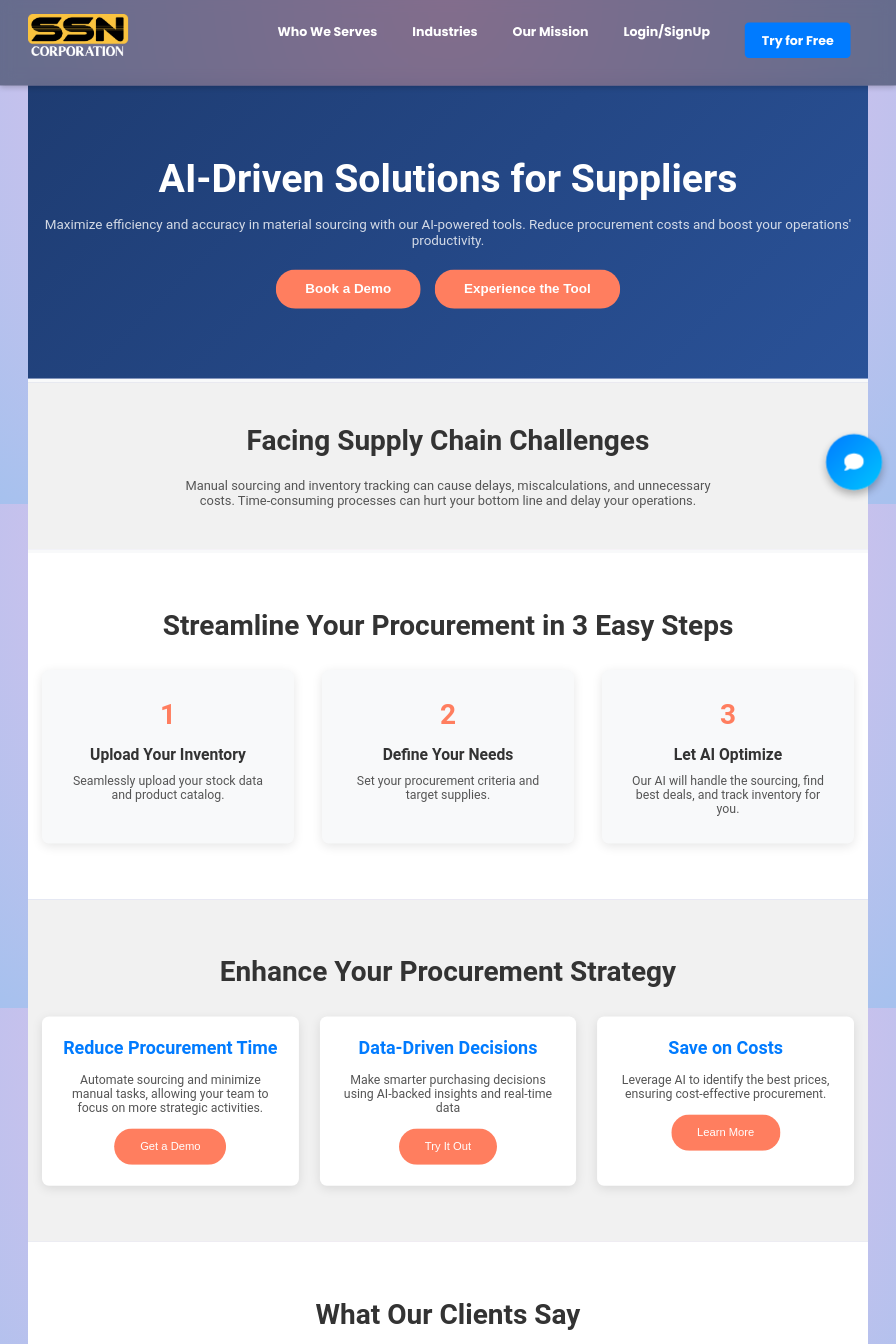
Repository: aabhashbasnet/SSNCorporation
Page: /who-we-serve/suppliers
These files come from the project's save history. The page is drawn as it stood at one moment and after the next save; the edit follows.
The browser window is 1280 px wide. The pictures show the part of the page from y = 0 to 1920 px (the page is 3017 px tall before and 3004 px after), at 70% of full size.
The project was rebuilt for these pictures with package versions that can differ from the ones it lists, and the page was loaded fresh each time. Also part of the build but not shown: src/components/Main/Main.jsx, src/components/Working/Working.css, src/components/Working/Working.jsx, src/components/Footer/Footer.jsx, src/pages/OurMission/OurMission.jsx, src/pages/LoginSignUp/LoginSignUp.css, src/pages/LoginSignUp/LoginSignUp.jsx, src/pages/Industries/Industries.jsx and 8 more.

Above is the page before, as saved 2025-02-11 13:40:28.

After the next save:
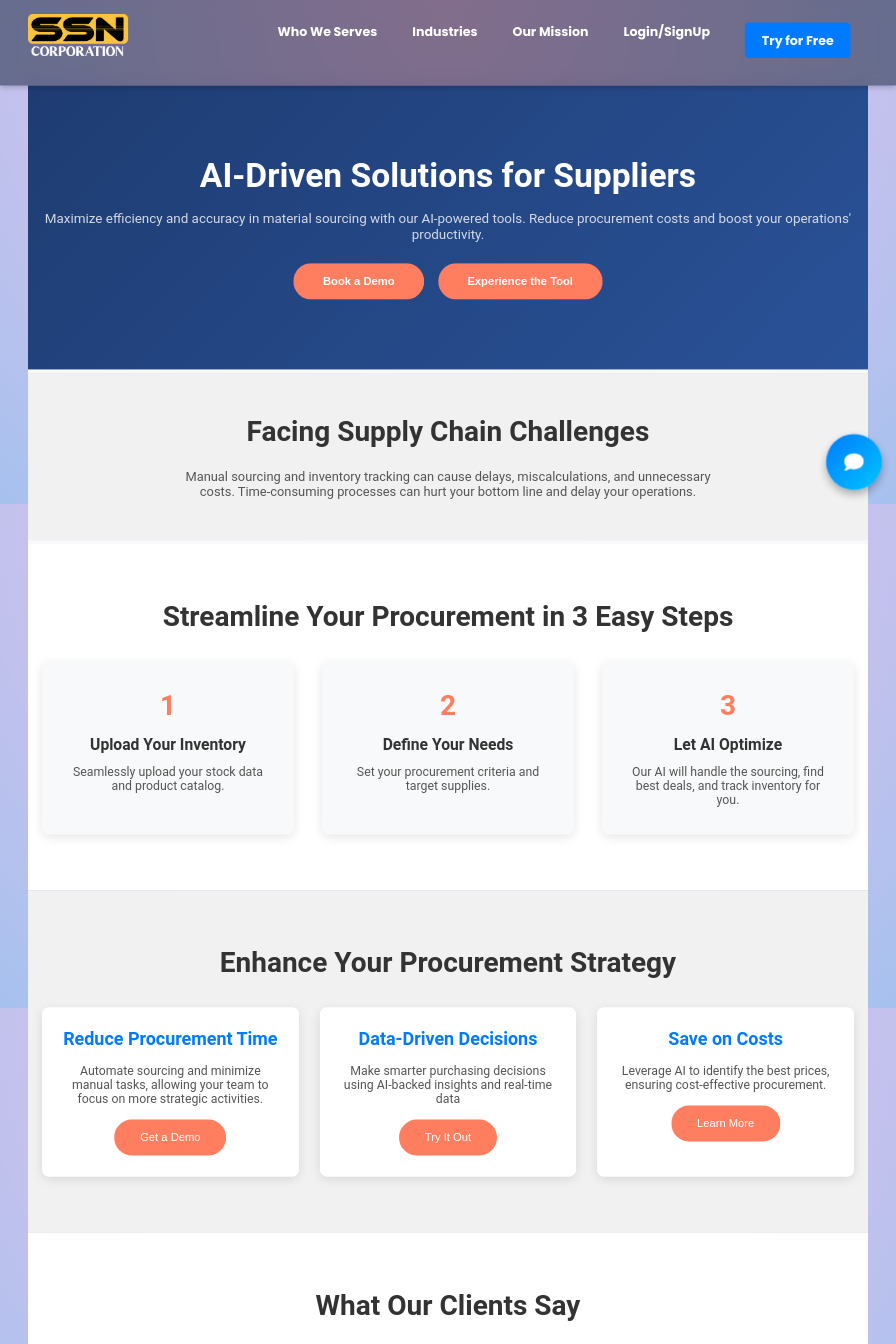
Saved 22 s later.
--- a/src/pages/WhoWeServe/Suppliers.css
+++ b/src/pages/WhoWeServe/Suppliers.css
@@ -5,7 +5,6 @@
   margin: 0;
   padding: 0;
   box-sizing: border-box;
-  transition: all 0.3s ease;
 }
 
 /* Hero Section */
@@ -15,22 +14,19 @@
   padding: 100px 20px;
   text-align: center;
   border-bottom: 5px solid #f8f9fa;
-  animation: fadeIn 1.5s ease-out;
 }
 
 .supplier-section .hero .hero-content h1 {
-  font-size: 3.5rem;
+  font-size: 3rem;
   font-weight: 700;
   margin-bottom: 20px;
   line-height: 1.2;
-  animation: slideInFromLeft 1s ease-out;
 }
 
 .supplier-section .hero .hero-content p {
   font-size: 1.2rem;
   margin-bottom: 30px;
   opacity: 0.8;
-  animation: fadeIn 1.5s ease-out 0.5s;
 }
 
 .supplier-section .hero .hero-buttons {
@@ -45,7 +41,7 @@
   color: white;
   border: none;
   padding: 15px 40px;
-  font-size: 1.2rem;
+  font-size: 1rem;
   font-weight: 600;
   border-radius: 50px;
   cursor: pointer;
@@ -59,30 +55,11 @@
   border: 2px solid #ff7e5f;
 }
 
-@keyframes fadeIn {
-  0% {
-    opacity: 0;
-  }
-  100% {
-    opacity: 1;
-  }
-}
-
-@keyframes slideInFromLeft {
-  0% {
-    transform: translateX(-100%);
-  }
-  100% {
-    transform: translateX(0);
-  }
-}
-
 /* Challenges Section */
 .supplier-section .challenges {
   background-color: #f1f1f1;
   padding: 60px 20px;
   text-align: center;
-  animation: fadeIn 1.5s ease-out 0.5s;
 }
 
 .supplier-section .challenges h2 {
@@ -99,41 +76,12 @@
   margin: 0 auto;
 }
 
-/* Tailored for Every Industry Section */
-.supplier-section .tailored {
-  background-color: #007bff;
-  color: #fff;
-  padding: 80px 20px;
-  text-align: center;
-  border-radius: 10px;
-  box-shadow: 0 10px 30px rgba(0, 0, 0, 0.1);
-  margin-top: 60px;
-  animation: fadeInUp 1.5s ease-out;
-}
-
-.supplier-section .tailored h2 {
-  font-size: 3rem;
-  font-weight: 700;
-  margin-bottom: 20px;
-  line-height: 1.2;
-  opacity: 0.9;
-}
-
-.supplier-section .tailored p {
-  font-size: 1.2rem;
-  margin-bottom: 30px;
-  max-width: 800px;
-  margin: 0 auto;
-  opacity: 0.8;
-}
-
 /* Process Section */
 .supplier-section .process {
   padding: 80px 20px;
   background-color: #fff;
   text-align: center;
   border-top: 5px solid #f8f9fa;
-  animation: fadeIn 1.5s ease-out 0.5s;
 }
 
 .supplier-section .process h2 {
@@ -187,7 +135,6 @@
   padding: 80px 20px;
   background-color: #f1f1f1;
   text-align: center;
-  animation: fadeIn 1.5s ease-out 0.5s;
 }
 
 .supplier-section .benefits h2 {
@@ -250,7 +197,6 @@
   padding: 80px 20px;
   background-color: #fff;
   text-align: center;
-  animation: fadeIn 1.5s ease-out 0.5s;
 }
 
 .supplier-section .testimonials h2 {
@@ -310,7 +256,6 @@
   padding: 60px 20px;
   background-color: #f1f1f1;
   text-align: center;
-  animation: fadeIn 1.5s ease-out 0.5s;
 }
 
 .supplier-section .categories h2 {
@@ -336,7 +281,6 @@
   text-align: center;
   background: linear-gradient(135deg, #ff7e5f, #feb47b);
   color: white;
-  animation: fadeIn 1.5s ease-out 0.5s;
 }
 
 .supplier-section .cta-final h2 {
@@ -367,15 +311,3 @@
 .supplier-section .cta-final .cta-free:hover {
   background-color: #0056b3;
 }
-
-/* Tailored for Every Industry Animation */
-@keyframes fadeInUp {
-  0% {
-    opacity: 0;
-    transform: translateY(30px);
-  }
-  100% {
-    opacity: 1;
-    transform: translateY(0);
-  }
-}
